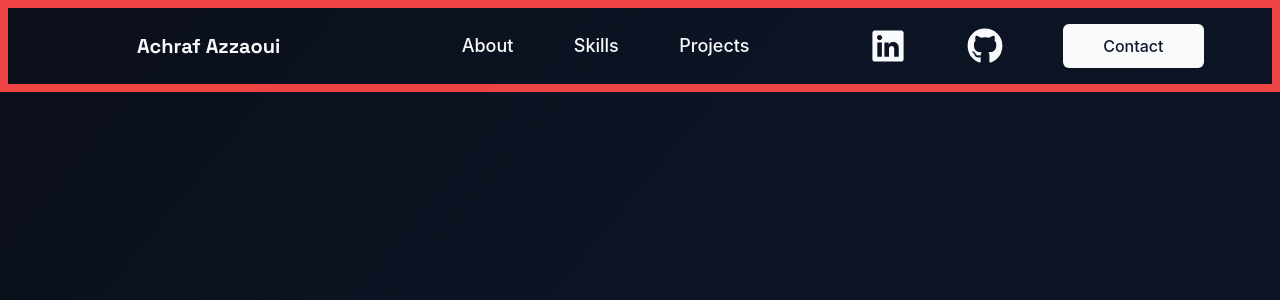
Repository: AchrafAzzaoui/Portfolio-Website
Page: / (app in achrafs-portfolio/)
The author's editor kept a copy of each file at every save. The page is drawn from the files as they stood at one save, then again after the next save.
The browser window is 1280 px wide. The pictures show the whole page.
Some web fonts or font styles are not loaded; a fallback is used. The project was rebuilt for these pictures with package versions that can differ from the ones it lists, and the page was loaded fresh each time. Also part of the build but not shown: achrafs-portfolio/vite.config.ts.

Above is the page before, as saved 2025-01-02 22:16:30.

After the next save:
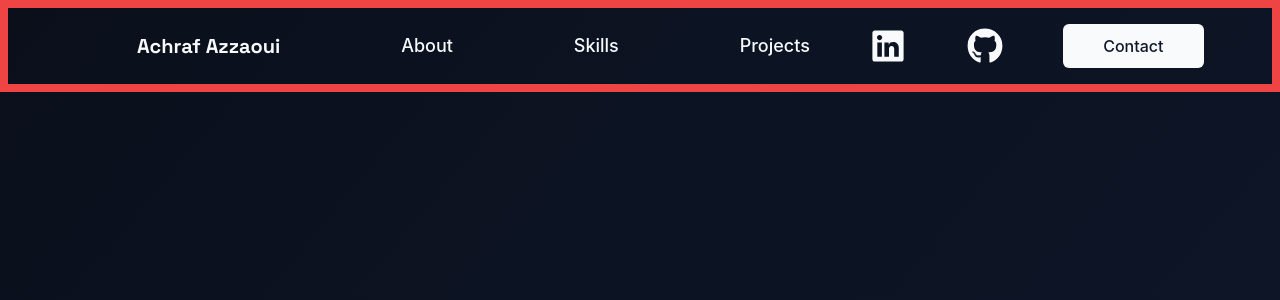
Saved 16 s later.
--- a/achrafs-portfolio/src/components/layout/Header.tsx
+++ b/achrafs-portfolio/src/components/layout/Header.tsx
@@ -11,7 +11,7 @@
         <div className="basis-3/16 flex-auto flex justify-center items-center font-display font-bold text-dark-text-primary">
           <h2 className="text-xl">Achraf Azzaoui</h2>
         </div>
-        <div className="basis-7/16 flex-auto flex justify-evenly items-center">
+        <div className="basis-7/16 flex-auto flex justify-between items-center">
           <a
             href="#about"
             className="font-sans font-medium text-dark-text-primary text-lg"

After the save that followed:
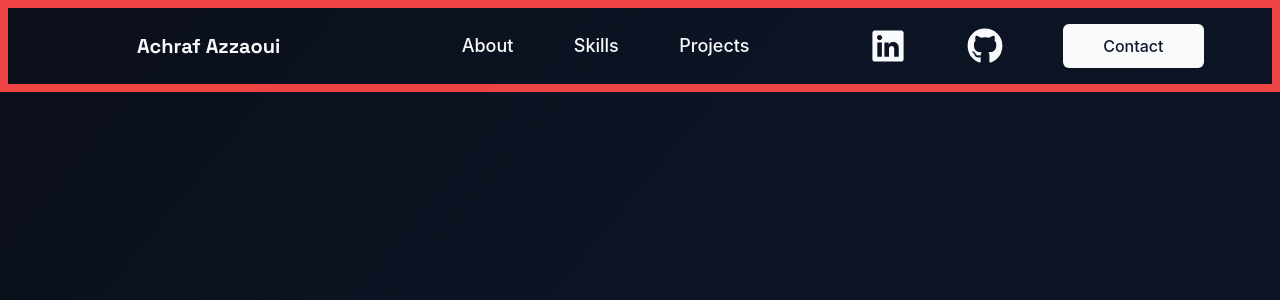
Saved 6 s later.
--- a/achrafs-portfolio/src/components/layout/Header.tsx
+++ b/achrafs-portfolio/src/components/layout/Header.tsx
@@ -11,7 +11,7 @@
         <div className="basis-3/16 flex-auto flex justify-center items-center font-display font-bold text-dark-text-primary">
           <h2 className="text-xl">Achraf Azzaoui</h2>
         </div>
-        <div className="basis-7/16 flex-auto flex justify-between items-center">
+        <div className="basis-7/16 flex-auto flex justify-evenly items-center">
           <a
             href="#about"
             className="font-sans font-medium text-dark-text-primary text-lg"
